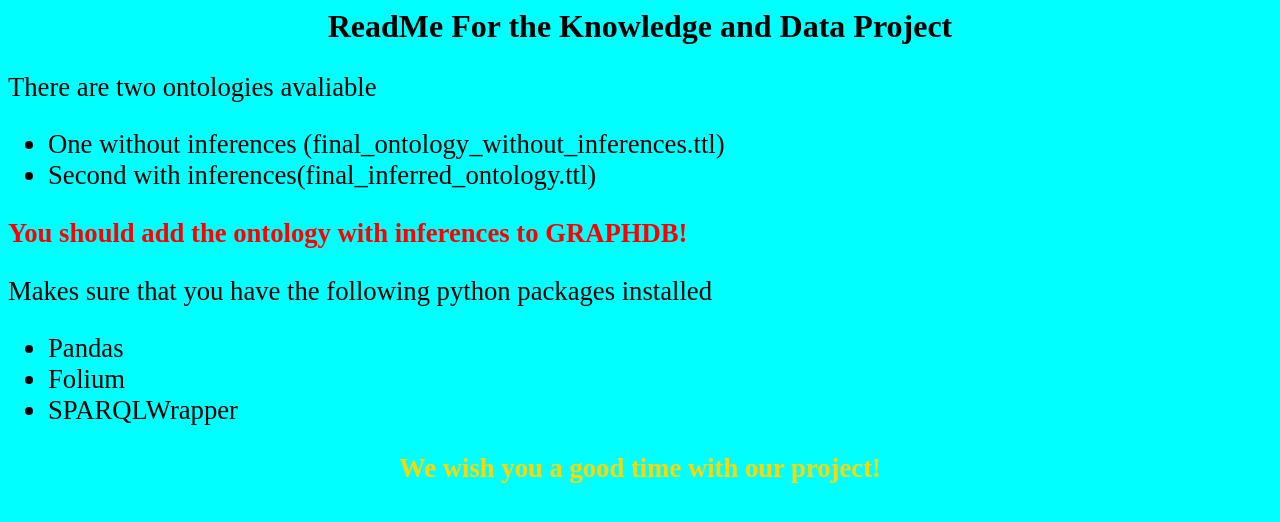
Repository: pawelpiwowarski/Knowledge_and_Data
Page: README.html
An editor plug-in stored every save of this project. The page is shown before and after the next save, followed by the edit.
The browser window is 1280 px wide. The pictures show the whole page.

Above is the page before, as saved 2022-10-27 22:12:18.

### README.html

<html>
<head>

<title>README</title>
<style>
#title {
    font-family: "Times New Roman", Times, serif;
    font-size: 24pt;
    font-weight: bold;
    color: #000000;
    text-align: center;
}

#red {
    font-family: "Times New Roman", Times, serif;
    font-size: 20pt;
    font-weight: bold;
    color: #FF0000;

}

#wishes {
    font-family: "Times New Roman", Times, serif;
    font-size: 20pt;
    font-weight: bold;
    color: gold;
    text-align: center;
}
body { font-family: 'Times New Roman', Times, serif; font-size: 20pt; background-color: aqua;}
</style>
</head>
<body>
<h2 id="title"> ReadMe For the Knowledge and Data Project</h2>
<p> There are two ontologies avaliable</p>
<ul>
<li>
    One without inferences (final_ontology_without_inferences.ttl)
</li>
<li>
    Second with inferences(final_inferred_ontology.ttl)
</li>
</ul>

<p id="red"> You should add the ontology with inferences to GRAPHDB! </p>

<p> Makes sure that you have the following python packages installed<p>

<ul>
<li>
Pandas
</li>
<li>
Folium
</li>
<li>
SPARQLWrapper
</li>
</ul>

<p id="wishes">  We wish you a good time with our project! </p>
</body>
</html>

After the next save:
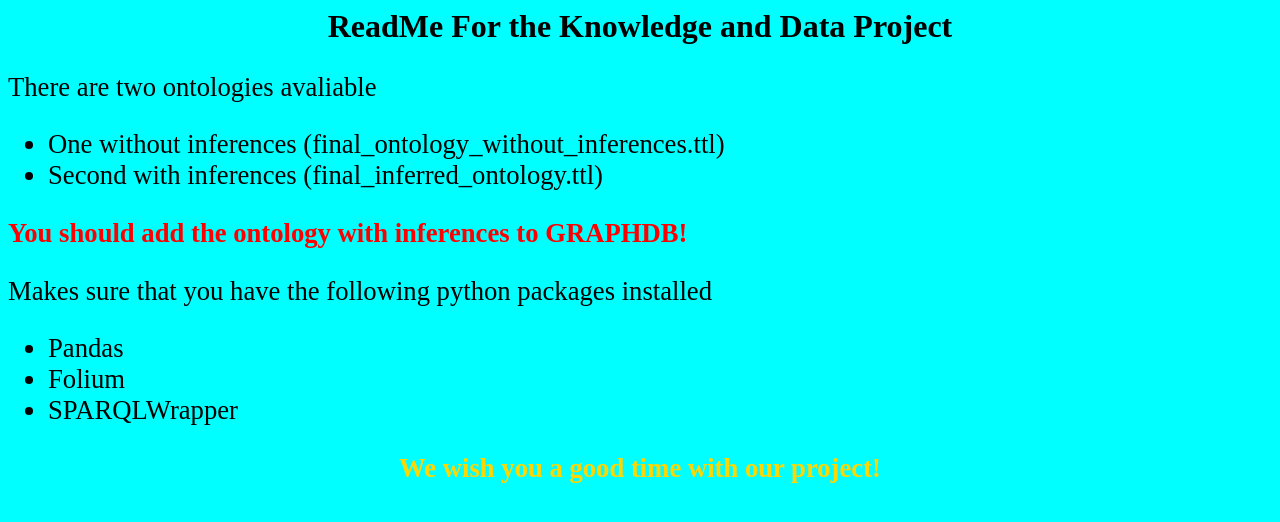
Saved 9 s later.
--- a/README.html
+++ b/README.html
@@ -35,10 +35,10 @@ body { font-family: 'Times New Roman', Times, serif; font-size: 20pt; background
 <p> There are two ontologies avaliable</p>
 <ul>
 <li>
-    One without inferences (final_ontology_without_inferences.ttl)
+    One without inferences  (final_ontology_without_inferences.ttl)
 </li>
 <li>
-    Second with inferences(final_inferred_ontology.ttl)
+    Second with inferences  (final_inferred_ontology.ttl)
 </li>
 </ul>
 
